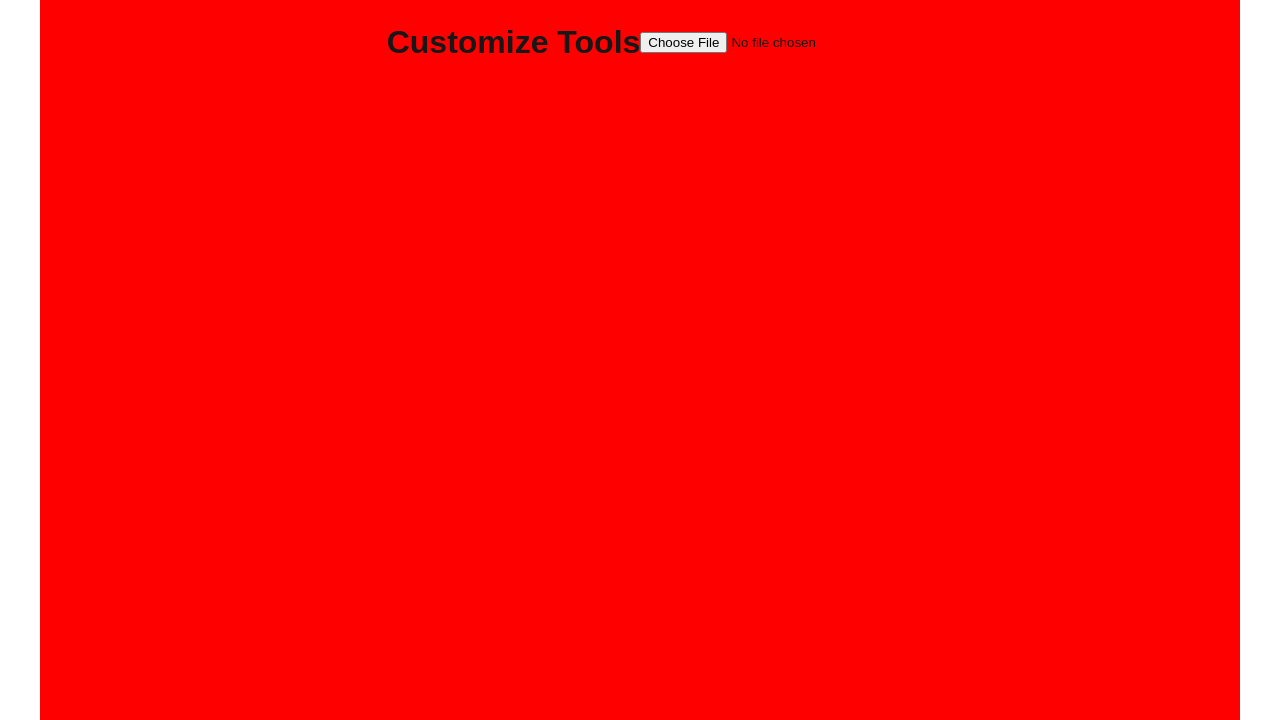
Repository: Sumaiya43/medna-tools
Page: /
These files come from the project's save history. The page is drawn as it stood at one moment and after the next save; the edit follows.
The browser window is 1280 px wide. The pictures show the whole page.
The project was rebuilt for these pictures with package versions that can differ from the ones it lists, and the page was loaded fresh each time. The framework's server and built-in components were replaced by stand-ins that run in the browser. Also part of the build but not shown: next.config.mjs.

Above is the page before, as saved 2026-02-26 02:45:32.

After the next save:
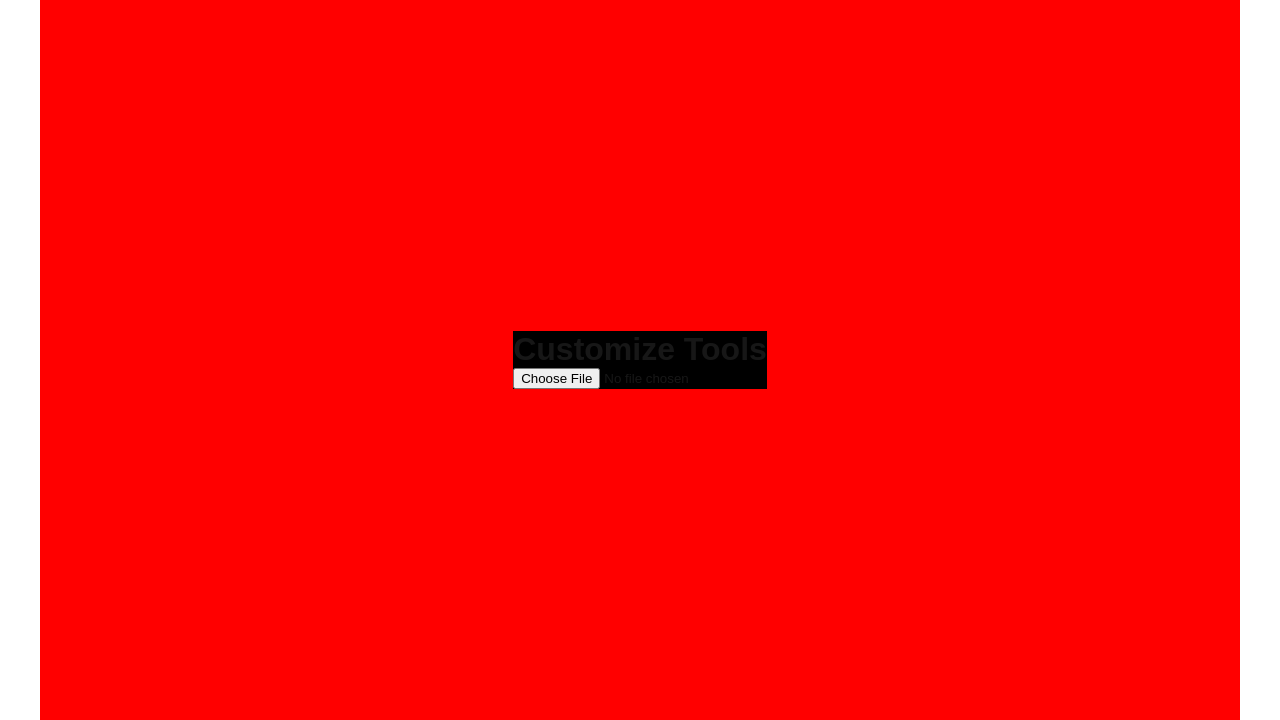
Saved 23 s later.
--- a/src/app/page.module.css
+++ b/src/app/page.module.css
@@ -5,10 +5,11 @@
   padding: 24px;
   font-family: Arial, sans-serif;
   background: red;
-}
-
-.main {
   display: flex;
   justify-content: center;
   align-items: center;
 }
+
+.main {
+  background: #000;
+}
